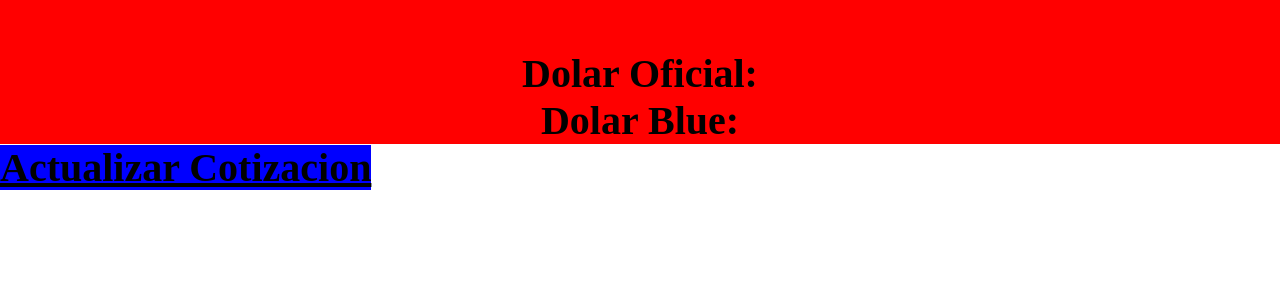
Repository: matias4633/Bill-Metal
Page: BillMetal/widget/BillMetal/index.html
An editor plug-in stored every save of this project. The page is shown before and after the next save, followed by the edit.
The browser window is 1280 px wide. The pictures show the whole page.
The page's requests for data from a server got no answer.

Above is the page before, as saved 2022-07-15 02:30:59.
Console error (its wording comes from the project's code and is left out).

### BillMetal/widget/BillMetal/index.html
<!DOCTYPE html>
<html>

<head>
  <meta charset="UTF-8">
  <link rel="stylesheet" type="text/css" href="css/style.css">
  <script src="js/main.js"></script>
  <style></style>
</head>

<body>
  <div id="page">
    <div id="container">
      <p id="texto-oficial">Dolar Oficial: <div id="oficial"></div>
      <div id="texto-blue">Dolar Blue: <div id="blue"></div> </div>
      <a id="actualizar" href="javascript:location.reload()">Actualizar Cotizacion</a>
      </p>

    </div>
  </div>
</body>

</html>

### BillMetal/widget/BillMetal/css/style.css
html,
body {
    width: 100%;
    height: 100%;
    margin: 0;
    padding: 0;
}
#page {
    background-color: white;
    color: #fff;
    height: 100%;
    position: relative;
    width: 100%;
}
#container {
    width: 100%;
    height: 100%;
}
#texto-oficial {
    font-weight: bold;
    font-size: 40px;
    color: black;
    padding-top: 50px;
    vertical-align: text-bottom;
    margin: 0;
    text-align: center;
    background: red
}
#oficial {
    background: blue;
    font-weight: bold;
    font-size: 40px;
    text-align: center;
    color: black;
}
#texto-blue {
    font-weight: bold;
    font-size: 40px;
    color: black;
    margin: 0;
    text-align: center;
    background: red
}
#blue {
    background: blue;
    font-weight: bold;
    font-size: 40px;
    text-align: center;
    color: black;
}
#actualizar {
    background: blue;
    font-weight: bold;
    font-size: 40px;
    text-align: center;
    color: black;
}

### BillMetal/widget/BillMetal/js/main.js
window.onload = function() {
  console.log('+[window.onload]');
  // Do nothing now
  const url = 'https://criptoya.com/api/dolar';

  let respuesta= new XMLHttpRequest();
  respuesta.open('GET',url);

  respuesta.onreadystatechange=function(){

      if(respuesta.readyState === XMLHttpRequest.DONE){

          let respuestaJson= JSON.parse(this.responseText);
          console.log(respuestaJson);
          document.getElementById('oficial').innerText = respuestaJson.oficial;
          document.getElementById('blue').innerText= respuestaJson.blue;
      }
  };
  respuesta.send();



};

After the next save:
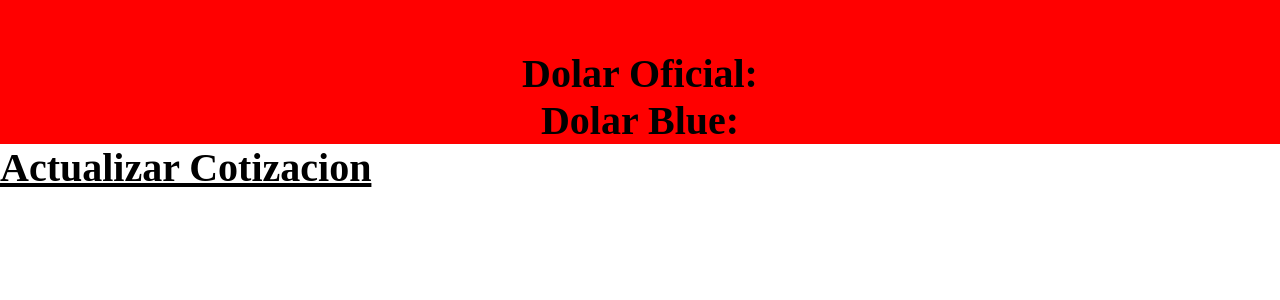
Saved 37 s later.
--- a/BillMetal/widget/BillMetal/css/style.css
+++ b/BillMetal/widget/BillMetal/css/style.css
@@ -49,7 +49,7 @@ body {
     color: black;
 }
 #actualizar {
-    background: blue;
+
     font-weight: bold;
     font-size: 40px;
     text-align: center;
